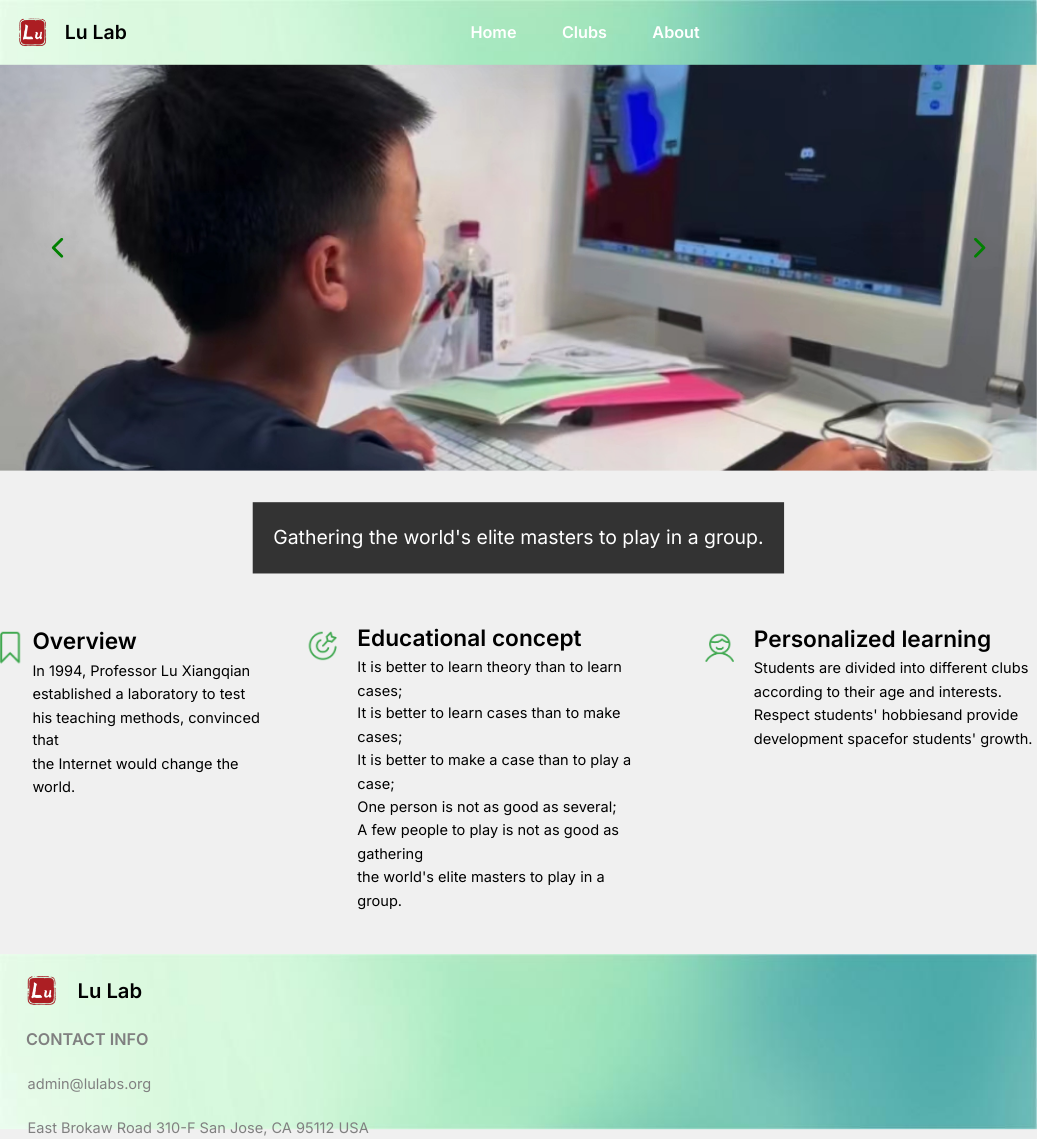
Repository: proflulab/lulab_website_next_js
Page: /
An editor plug-in stored every save of this project. The page is shown before and after the next save, followed by the edit.
The browser window is 1280 px wide. The pictures show the whole page, at 81% of full size.
The project was rebuilt for these pictures with package versions that can differ from the ones it lists, and the page was loaded fresh each time. The framework's server and built-in components were replaced by stand-ins that run in the browser. Also part of the build but not shown: next.config.js, next.config.mjs.

Above is the page before, as saved 2023-12-27 21:04:00.

After the next save:
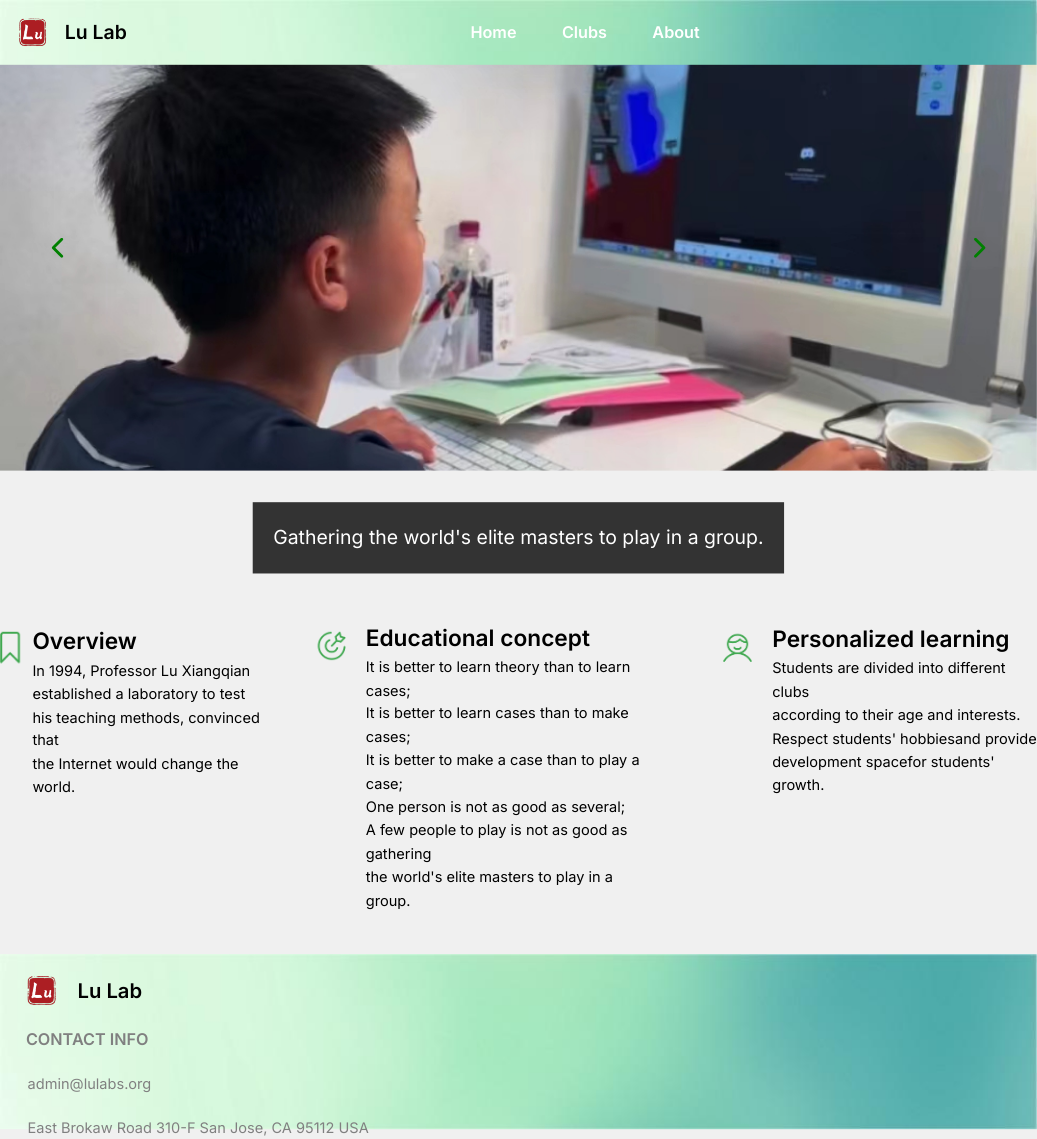
Saved 5 s later.
--- a/app/page.tsx
+++ b/app/page.tsx
@@ -365,7 +365,7 @@ const Home: React.FC = () => {
                 </p>
               </div>
             </div>
-            <div style={{ flex: "1.2", marginLeft: "20px" }}>
+            <div style={{ flex: "1.1", marginLeft: "20px" }}>
               <Image src="/Person.png" alt="" width={35} height={35} />
               <div style={{ marginLeft: "60px" }}>
                 <p
